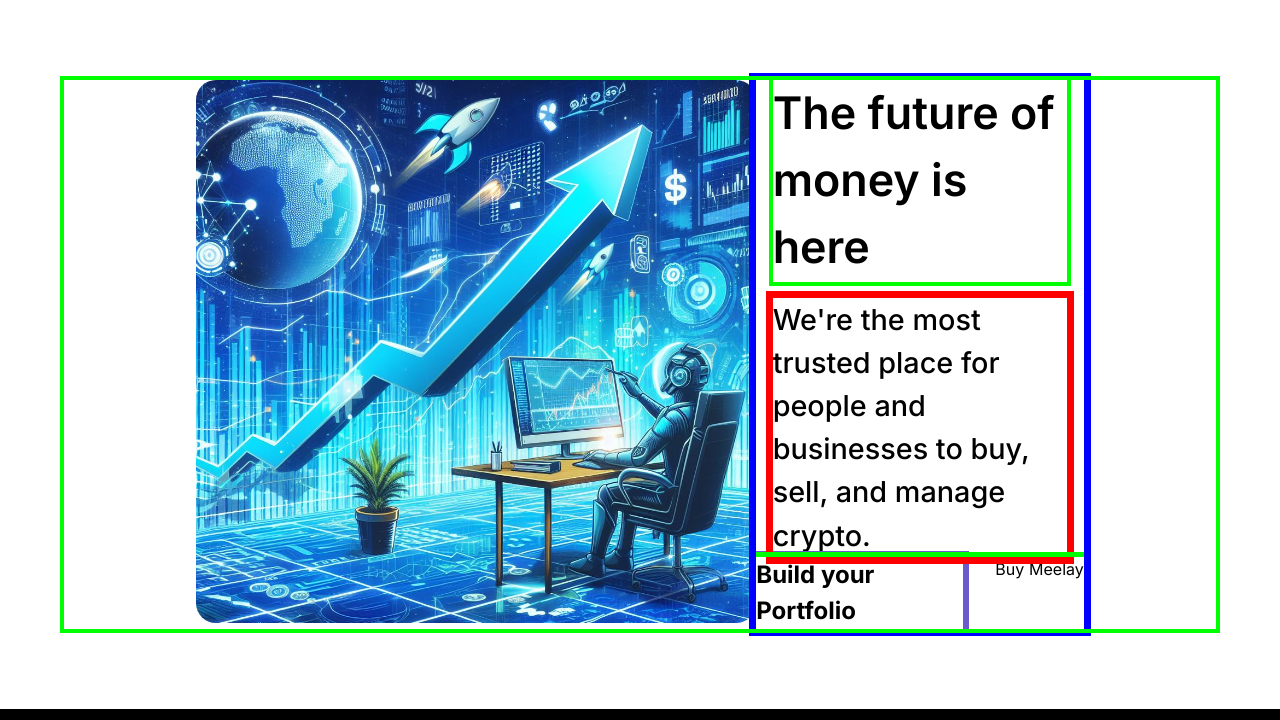
Repository: TheHolyRoller/crypto3
Page: /
These files come from the project's save history. The page is drawn as it stood at one moment and after a run of saves; the edit follows.
The browser window is 1280 px wide. The pictures show the whole page.
The project was rebuilt for these pictures with package versions that can differ from the ones it lists, and the page was loaded fresh each time. The framework's server and built-in components were replaced by stand-ins that run in the browser. Also part of the build but not shown: next.config.mjs, app/Components/HamburgerMenu.jsx, app/Components/Navbar.jsx, app/Components/HeroCTAComponent.jsx, app/Styles/HeroCTAInfoContainer.css, app/Components/HeroCTAInfoContainer.jsx, app/Styles/LargeCards.css, app/Components/LargeCard.jsx and 12 more.

Above is the page before, as saved 2024-04-24 06:16:18.

### app/layout.js


'use client'
import { Inter } from "next/font/google";
import "./globals.css";
import Head from 'next/head';

const inter = Inter({ subsets: ["latin"] });


export default function RootLayout({ children }) {
  return (
    <>
<Head>
        <meta name="viewport" content="width=device-width, initial-scale=1" />
        <title>My Next.js Page</title>
      </Head>
    <html style={{backgroundColor: 'black', overflowX: 'hidden'}}  lang="en">
      <body  style={{background: 'black'}} className={inter.className}>{children}</body>
    </html>
    </>
  );
}

### app/page.js


import Image from "next/image";

import  Navbar  from '../app/Components/Navbar';
import Hamburger from  "../app/Components/HamburgerMenu";
import HeroCTA from '../app/Components/HeroCTAComponent';
import HeroCTAInfoContainer from "../app/Components/HeroCTAInfoContainer";
import LargeCard from '../app/Components/LargeCard';
import SquareCard from '../app/Components/SquareCard';
import Footer from '../app/Components/Footer';
import QuackCTA from '../app/Components/QuackCTA';
import TextComponent from '../app/Components/TextComponent';
import Hero from '../app/Components/HeroComponent';
import ContactHeadline from '../app/Components/ContactHeadline';

import BuyElementModal from '../app/Components/BuyElementModal';

import Chart from '../app/Components/ChartEmbedd';
import CoinbaseHeroComponent from '../app/Components/CoinbaseHeroComponent';


export default function Home() {



  return (

<>
        <meta name="viewport" content="width=device-width, initial-scale=1" />
        <title>MeelayonBase</title>

    <main id='mainIndexPageContainer' style={{overflowX:'hidden'}} >

 <nav id="indexNavContainer" >


   <CoinbaseHeroComponent/>


    {/* <Navbar/>  */}

    <div id='hamburgerContainer' style={{position: 'fixed', zIndex: '2000', top: '0'}}>

    {/* <Hamburger/> */}
    </div>

</nav>




<header id='homeHeroContainer' >
      {/* <Hero/> */}
</header>

   <article id='indexMainHeaderText'>

   {/* <TextComponent/> */}

   </article>


      <section  id='homeLargeCardContainer'>
    {/* <LargeCard/>  */}

    </section>


    <section id='indexSquareCardContainer' >
    {/* <SquareCard/>  */}

    </section>


     <article id='indexQuackCTA'>
    {/* <QuackCTA/> */}
      </article>

      <section id='indexPaymentPortal' >

     {/* <Chart/> */}
      </section>

    <article id='indexTextComponentContainer'>

    {/* <ContactHeadline/>  */}
    </article>



     <footer id='indexFooterContainer' >
    {/* <Footer/> */}
    </footer>


    </main>

</>
  );
}

### app/globals.css
@tailwind base;
@tailwind components;
@tailwind utilities;

:root {

  --foreground-rgb: 0, 0, 0;
  --background-start-rgb: 0, 0, 0;
  --background-end-rgb: 0, 0, 0;




}

*{

  box-sizing: border-box;
  -webkit-box-sizing: border-box;
  -msbox-sizing: border-box;

}

@media (prefers-color-scheme: dark) {
  :root {
    --foreground-rgb: 255, 255, 255;
    --background-start-rgb: 0, 0, 0;
    --background-end-rgb: 0, 0, 0;
  }
}



body {


  /* color: #100f0f;  */

  color: rgb(var(--foreground-rgb));
  /* background-color: white;  */
    background: #e7e3e3 !important;
    overflow-x: hidden !important;
    width: 100vw;



}





@layer utilities {
  .text-balance {
    text-wrap: balance;
  }
}

#mainIndexPageContainer{


background: white;



}

#indexNavContainer{





}


#homeHeroContainer{





}



#homeLargeCardContainer{


  background: white;

  }


#indexSquareCardContainer{


  background: white;



}

#indexQuackCTA{

  /* background: white;  */



}


#indexTextComponentContainer{


  background: white;



}


#indexFooterContainer{

  background: white;



}






#homeHeroContainer{

  background-color: white !important;

}




#homeLargeCardContainer{


  /* outline: 40px solid red;  */
  background: white;
}

### app/Components/CoinbaseHeroComponent.jsx
import React from 'react'

// Import the style sheet here
import '../Styles/CoinbaseHeroComponent.css';


function CoinbaseHeroComponent() {
  return (
    <header id='coinbaseHeroContainer'>

    <section id='coinbaseHeroSubContainer'>

    <div id='coinbaseHeroImageSection'>

    <div id='coinbaseHeroImageContainer'>

    <div id='coinbaseHeroImage' ></div>



    </div>



    </div>

    <div id='coinbaseHeroTextSection'>

    <div id='coinbaseHeroTextSectionContainer'>

    <h1 id='coinbaseHeroTextHeader'>

    The future of money is here

    </h1>

    <div id='coinbaseHeroTextInfoContainer' >

    <p id='coinbaseHeroTextParagraph'>

    We're the most trusted place for people and businesses to buy, sell, and manage crypto.

    </p>


    </div>

    {/* Add in the call to action button here */}
    <ul id='coinbaseHeroCTAContainer'>

    <li id='coinbaseHeroListItem'>
    <div id='coinbaseCTAText'>

    Build your Portfolio

    </div>

    </li>


    <li id='coinbaseHeroListItem'>
    <div id='coinbaseCTAButton' >
    Buy

    <span id='coinbaseSpan' >
        Meelay
    </span>
    </div>

    </li>
    </ul>


    </div>


    </div>



    </section>


    </header>
  )
}

export default CoinbaseHeroComponent

### app/Styles/Navbar.css
@import url('https://fonts.googleapis.com/css2?family=Poppins:ital,wght@0,100;0,200;0,300;0,400;0,500;0,600;0,700;0,800;0,900;1,100;1,200;1,300;1,400;1,500;1,600;1,700;1,800;1,900&display=swap');


:root{

--icon-dimensions: 2.2rem;

 }


#navBarContainer{


    position: absolute;
    top: 0;
    right: 0;
    left: 0;
    height: 4.125rem;
    width: 99.99vw;

    background-color: white;
    color: black;

    overflow: hidden;
     position: fixed;
     z-index: 20;
     box-shadow: 0 4px 2px -2px rgba(0, 0, 0, 0.1);


}




#hamburgerIconContainer{
    overflow: hidden;


}



#logoContainer{



        width: max-content;
        place-self: center;

        position: absolute;

        left: 0.68%;
        top: 15%;


}


#navLogo{

    cursor: pointer;
    /* color: rgb(34, 33, 33);  */


}


#logoCasing{


text-transform: uppercase;


font-weight: 900;
font-size: clamp(1.1rem, 1vw + 1rem, 1.65rem) !important;



}




#navbarSubContainer{

    width: 95%;
    height: 5rem;
    margin: 0 auto;
    position: relative;


}




#navbarButtonGroup{

    height: 5rem;
    position: absolute;
    right: 0;
    top: 0;
    display: flex;
    place-items: center;
    margin-right: 2%;


}


#navbarButtonList{


display: flex;
align-items: center;
/* outline: 4px solid lime; */
margin: auto;
margin-bottom: 1.3rem;



}





#navbarListItem{


    display: inline-block;

    margin-left: 2.25rem;
    font-family: "Poppins", sans-serif;
    font-weight: 500;
    font-style: normal;
    cursor: pointer !important;
    margin-top: 0.375rem;


}


svg{

cursor: pointer !important;

}



#navbarDexScreenerLink::before {
    content: '';
    display: block;
    position: absolute;
    top: 0;
    right: 0;
    bottom: 0;
    left: 0;
    cursor: pointer;


  }



#navbarTwitterIcon{

    cursor: pointer;
}


#navbarDexToolsContainer{

    width: 2.5rem;
    height: 3rem;

}

#navbarDexScreenContainer{

    width: var(--icon-dimensions);
    height: var(--icon-dimensions);
    position: relative;
    cursor: pointer;

    margin-top: 0.22rem;

}

#navbarDexToolsImage{


    display: grid;
    place-content: center;

    color: white;
    background-color: none;

    width: 3rem;
    min-height: 2.5rem;

    cursor: pointer;
    padding-top: 0.2rem;

}


#navbarFarcasterContainer{

    width: var(--icon-dimensions);
    height: var(--icon-dimensions);



}



/* Add in the media queries here */


@media(min-width: 1008px){


    #hamburgerIconContainer{

        display: none;



    }


}


@media(max-width: 1008px){


    /* Select the Navbar List here  */
    #navbarButtonGroup{

        display: none !important;


    }


    #logoContainer{


        left: 50%;
        top: 50%;
        transform: translate(-50%, -50%) !important ;

        /* outline: 4px solid lime; */

        -webkit-transform: translate(-50%, -50%) !important ;
        -moz-transform: translate(-50%, -50%) !important ;
        -ms-transform: translate(-50%, -50%) !important ;
        -o-transform: translate(-50%, -50%) !important ;
}



}

### app/Styles/HamburgerMenu.css


                *, *::backdrop, ::after, ::before {
                    box-sizing: border-box;
                }





                :root {
                    --bar-width: 44px;
                    --bar-height:3px;
                    --hamburger-gap:4px;

                    /* Change foreground color  */
                    --foreground:   #333;
                    --background: white;
                    --hamburger-margin: 0.5rem;
                    --hamburger-left-margin: 3%;
                    --animation-timing: 200ms cubic-bezier(0.4, 0, 0.2, 1);
                    --hamburger-height: calc(var(--bar-height) * 3 + var(--hamburger-gap) * 2);
                }

                .hamburgerMenu {

                    --x-width: calc(var(--hamburger-height) * 1.41421356237);
                    display: flex;
                    flex-direction: column;
                    gap: var(--hamburger-gap);
                    position: absolute;
                    top: var(--hamburger-margin);
                    left: var(--hamburger-left-margin);
                    cursor: pointer;
                    width: max-content;
                    z-index: 5000000000000000;



                }

                    .hamburgerMenu:has(input:focus-visible)::before,
                    .hamburgerMenu:has(input:focus-visible)::after,
                    .hamburgerMenu:has(input:focus-visible) {
                        border: 1px solid var(--background);
                        box-shadow: 0 0 0 1px var(--foreground);

                    }



                    .hamburgerMenu::before,
                    .hamburgerMenu input,
                    .hamburgerMenu::after {
                        content: "";
                        width: var(--bar-width);
                        height: var(--bar-height);



                        background-color: var(--foreground);
                        border-radius: 9000px;
                        transform-origin: left center;
                        transition: opacity var(--animation-timing), width var(--animation-timing), rotate var(--animation-timing), translate var(--animation-timing), background-color var(--animation-timing);
                    }


                    .hamburgerMenu input {
                        appearance: none;
                        padding: 0;
                        margin: 0;
                        outline: none;
                        pointer-events: none;
                    }


                    .hamburgerMenu:has(input:checked)::before {
                        rotate: 45deg;
                        width: var(--x-width);
                        translate: 0 calc(var(--bar-height) / -2);
                    }

                    .hamburgerMenu:has(input:checked)::after {
                        rotate: -45deg;
                        width: var(--x-width);
                        translate: 0 calc(var(--bar-height) / 2);
                    }


                    .hamburgerMenu input:checked {
                        width: 0;
                        opacity: 0;
                    }





                .sidebar {
                    padding: 0.5rem 1rem;
                    transition: all var(--animation-timing);
                    margin-top: -0.2rem;


                    translate: -500% !important;

                    padding-top: calc(var(--hamburger-height) + var(--hamburger-margin) + 1rem);
                    background-color: var(--foreground);


                    /* Change this background color */
                    color: var(--background);


                    width: 110vw;
                    min-width: 29rem !important;
                    min-height: 125vh;


                    display: inline-block !important;
                    position: relative;
                    z-index: 400000000 !important;
                    opacity: 1 !important;



                }


                #hamburgerMenuContainer{



                position: relative;
                z-index: 9000;
                /* outline: 40px solid lime;  */
                width: 20vw;


                height: 5rem;



                }


                .hamburgerMenu{
                    padding: 3px !important;

                    margin-top: 1.5rem;

                    margin-left: clamp(0.5rem, 5%, 1.5rem) !important;

                }










                #hamburgerMenu{


                    margin: 0rem auto;
                    position: relative;


                }


                #hamburgerListContainer{
                position: absolute;

                right: 0;
                left: 0;





                }


                #hamburgerList{


                margin: 1rem auto;

                margin-top: 2rem !important;



                display: grid;
                place-content: center;


                width: 70vw;
                place-self: center;






                }


                #hamburgerListItem{


                margin: 0.6rem auto;
                text-align: center;
                width: 70vw;
                min-height: 5.875 !important;
                display: grid;
                place-content: center;

                padding-top: 0.75rem;
                padding-bottom: 0.45rem;


                font-size: clamp(1.3rem, 1vw + 1rem, 1.8rem) !important;
                font-weight: 600;
                cursor: pointer;


                backdrop-filter: blur(2px) saturate(77%);
                -webkit-backdrop-filter: blur(2px) saturate(77%);
                background-color: rgba(17, 25, 40, 0.06);
                border-radius: 12px;
                border: 1px solid rgba(255, 255, 255, 0.125);


                }


                #hamburgerDexToolsImage{


                    background-image: url("../assets/DexToolCrypto.webp");



                    background-position:center center;
                    background-repeat:no-repeat;
                    background-size: contain;

                    color: white;
                    background-color: none;
                    width: 4rem;
                    min-height: 3rem;

                    margin: 0 auto;





                }

/* Add in the Icon ids here  */
#hamburgerTelegramIcon{




}

#telegramContainer{






}



#hamburgerTwitterIcon{




}



#hamburgerDexScreenContainer{



    height: 3rem;






}



#hamburgerDexScreenerLink{





}

#hamburgerDexToolsImageContainer{





}



#hamburgerDexToolsImage{




}



#hamburgerFarcasterIcon{

    text-transform: uppercase;

font-weight: 800;
font-size:clamp(1.1rem, 1vw + 1rem, 1.2rem) !important;
width: 3rem;
height: 3rem;
overflow: hidden;

background: #8963d2;
position: relative;
z-index: 10;
border-radius: 2px;
margin: 0 auto;




}



#hamburgerFarcasterLink{


    height: 3rem !important;



}






                .hamburgerMenu:has(input:checked) + .sidebar {
                    translate: -10% !important;
                    display: inline-block !important;
                    transform: translate(10vw, 0) !important;


                }

                .hamburgerMenu:has(input:checked) {


                    /*


                    */
                    --foreground: white;
                    --background: #333;
                }

                    @media(min-width: 995px){

                        .hamburgerMenu{

                            opacity: 0 !important;
                            display: none;


                    }
                }

                @media(max-width: 990px){

                    #hamburgerMenu{

                        display: flex!important ;

                        opacity: 1 !important;
                        pointer-events: auto !important;




                    }

                }

### app/Styles/HeroCTAComponent.css
@import url('https://fonts.googleapis.com/css2?family=Poppins:ital,wght@0,100;0,200;0,300;0,400;0,500;0,600;0,700;0,800;0,900;1,100;1,200;1,300;1,400;1,500;1,600;1,700;1,800;1,900&display=swap');



body{

 /* background-color: rgba(0, 0, 0, 0) !important;  */


}


#heroCTAContainer{



    margin: 3rem auto;
    width: 29.5rem;
    font-family: "Poppins", sans-serif;
    font-weight: 100;
    font-style: normal;


    background-color: none !important;



}



#heroCTASubContainer{





}

#CTAHeroHeadlineContainer{



    margin: 0 auto;



}





#CTAHeroHeadline{



font-size: clamp(1.2rem, 1vw + 1rem, 1.9rem) !important;
font-weight: 790;
margin: 2.375rem auto;
width: max-content;



}


#CTAHeroParagraphContainer{




text-align: center;
width: 100%;
margin: 0 auto;

font-size: clamp(1.1rem, 1vw + 1rem, 1.24rem) !important;

font-weight: 550;



}



#heroCTAParagraph{


}



#heroCTAButtonContainer{




display: grid;
place-content: center;
cursor: pointer;



}


#heroCTAButton{

font-size: clamp(1rem, 1vw + 1rem, 1.1rem)!important;
width: 13.313rem;
font-weight: 600;
font-family: "Poppins", sans-serif;


background: #2769f8;



border-radius: 50px;
overflow: hidden;
position: relative;



display: grid;
place-content: center;

height: 3.55rem;
margin: 1.625rem auto;

transition: all 600ms cubic-bezier(0.5, 0, 0.5, 1);


}

#heroCTAButton::before{

    content: '';
    width: 100%;
    height: 100%;
    border: 1px solid transparent;
    top: -100%;
    left: 0;
    transition: all 600ms cubic-bezier(0.5, 0, 0.5, 1);


}

#heroCTAButton:hover::before{


}

#heroCTAButton:hover{

border: 1px solid gold;
color: gold;


}


#heroCTABuyDiv{

    margin: 0 auto;
    display:inline;
    margin-right: 0.25rem;

}


#heroCTAButtonSpan{

    text-transform: uppercase;
    margin: 0 auto;
    display: inline;




}


/* Coin Info Section */




@media(max-width: 550px){

    #heroCTAContainer{

        width: 95vw;
        margin: 2rem auto !important;




    }




}

### app/Styles/TextComponent.css



:root{


--font-size: clamp(1.5rem, 1vw + 3.33rem, 5rem) !important;

--mobile-font: clamp(1.1rem, 1vw + 2rem, 3rem) !important;



}



#textComponentMainContainer{



    width: 60vw;
    margin: 4rem auto;
    display: grid;
    place-content: center;
    text-align: center;
    color: #100f0f;


}



#textComponentSubContainer{



}







#textComponentTopText{

/* font-size: 4.25rem; */
font-weight: 600;

/* Now integrate that font size into a clamp  */
font-size: var(--font-size);




}

#textComponentBottomText{

    font-weight: 600;

font-size: var(--font-size);





}


/* Add in the media queries here */

@media(max-width: 1000px){

    #textComponentTopText{

        /* font-size: 4.25rem; */
        font-weight: 600;

        /* Now integrate that font size into a clamp  */
        font-size:var( --mobile-font);



        }

        #textComponentBottomText{

            font-weight: 600;

        font-size: var(--mobile-font);



        }

        #textComponentMainContainer{

            width: 80vw;

        }





}

### app/Styles/HeroComponent.css

body{

    background-color: rgba(0, 0, 0, 0);
    overflow-x: hidden;


}






#heroContainer{



width: 100vw;
margin: 0 auto;

position: relative;


background-color: none !important;
z-index: 0;

}



#heroImageContainer{

    position: relative;


}



#heroImage{



background-image: url('../assets/CryptoMarketValue.jpg') !important;

background-size: cover;
background-position: center top;

min-height: 100vh;
width: 100vw;
position: relative;
z-index: 1;


}



#heroCTASectionContainer{



}



#HeroCTACasing{


    position: absolute;
    top: 50%;
    left: 50%;
    transform: translate(-50%, -50%) !important;
    /* This might be causing trouble */
    z-index: 200;

    /* z-index: 500;  */


    color: white;
    background-color: none !important;

}


@media(max-width: 500px){

    /* Add in the hero image here  */
    /* Reduce the height */
    #heroImage{


        min-height: 90vh;
        max-height: 95vh;

        }

        /* Select the text here */

        #CTAHeroHeadline{


            font-size: clamp(1.3rem, 1vw + 1.5rem, 1.8rem) !important;
            font-weight: 750;

        }

        #heroCTAParagraph{

            font-size: clamp(1rem, 1vw + 1rem, 1.53rem);


        }




}


@media(max-width: 400px){
    #heroImage{


      min-height: 65vh;
      max-height: 65vh;


        }



}

### app/Styles/ContactHeadline.css



:root{


    --font-size: clamp(1.5rem, 1vw + 3.33rem, 5rem) !important;

    --mobile-font: clamp(1.1rem, 1vw + 2rem, 3rem) !important;



    }



    #contactHeadlineMainContainer{



        width: 60vw;
        margin: 4rem auto;
        display: grid;
        place-content: center;
        text-align: center;

        color: rgb(27, 26, 26);


    }



    #contactHeadlineSubContainer{



    }







    #contactHeadlineTopText{

    /* font-size: 4.25rem; */
    font-weight: 600;

    /* Now integrate that font size into a clamp  */
    font-size: var(--font-size);




    }

    #contactHeadlineBottomText{

        font-weight: 600;

    font-size: var(--font-size);





    }


    /* Add in the media queries here */

    @media(max-width: 1000px){

        #contactHeadlineTopText{

            /* font-size: 4.25rem; */
            font-weight: 600;

            /* Now integrate that font size into a clamp  */
            font-size:var( --mobile-font);



            }

            #contactHeadlineBottomText{

                font-weight: 600;

            font-size: var(--mobile-font);



            }

            #contactHeadlineMainContainer{

                width: 80vw;

            }





    }

### app/Styles/CoinbaseHeroComponent.css



#coinbaseHeroContainer{

    outline: 4px solid lime;
    width: 90vw;
    margin: 5rem auto;
    color: black;



}


#coinbaseHeroSubContainer{

    width: 69.336vw;
    /* outline: 7px solid red; */
    margin: 0 auto;
    display: grid;
    place-content: center;
    grid-template-columns: 1fr 1fr;


}



#coinbaseHeroImageSection{




}


#coinbaseHeroImageContainer{



}



#coinbaseHeroImage{

background-image: url('../assets/SpaceTradingImage.jpeg');
background-size: cover;
background-position: center center;
background-repeat: no-repeat;
min-height: 33.938rem;
width: 35rem;
max-width: 35rem;

border-radius: 20px;


}



#coinbaseHeroTextSection{



outline: 7px solid blue;
display: grid;
align-content: center;



}



#coinbaseHeroTextSectionContainer{



}


#coinbaseHeroTextHeader{

/* Clamp the text here */
font-size: clamp(1.1rem, 1vw + 2rem, 4.65rem);

outline: 4px solid lime;
/* width: max-content; */
width: 90%;
margin: 0 auto;
/* text-align: center; */
font-weight: 600;;


}


#coinbaseHeroTextInfoContainer{



}

#coinbaseHeroTextParagraph{


outline: 7px solid red;
width: 90%;
margin: 0 auto;

margin-top: 1rem;
font-size: clamp(1rem, 1vw + 1rem, 1.8rem);
font-weight: 450;



}


#coinbaseHeroCTAContainer{

    outline: 5px solid lime;

    display: flex;


}


#coinbaseHeroListItem{




}

#coinbaseCTAText{

display: inline-block;

outline: 6px solid slateblue;

font-size: clamp(1rem, 1vw + 1rem, 1.5rem);
font-weight: 700;;
margin: 0 auto;

}



#coinbaseCTAButton{

    margin-left: 2rem;




}


#coinbaseSpan{

    margin-left: 0.3rem;


}

Loaded but not shown: tailwind.config.js (common file)

After the next 2 saves:
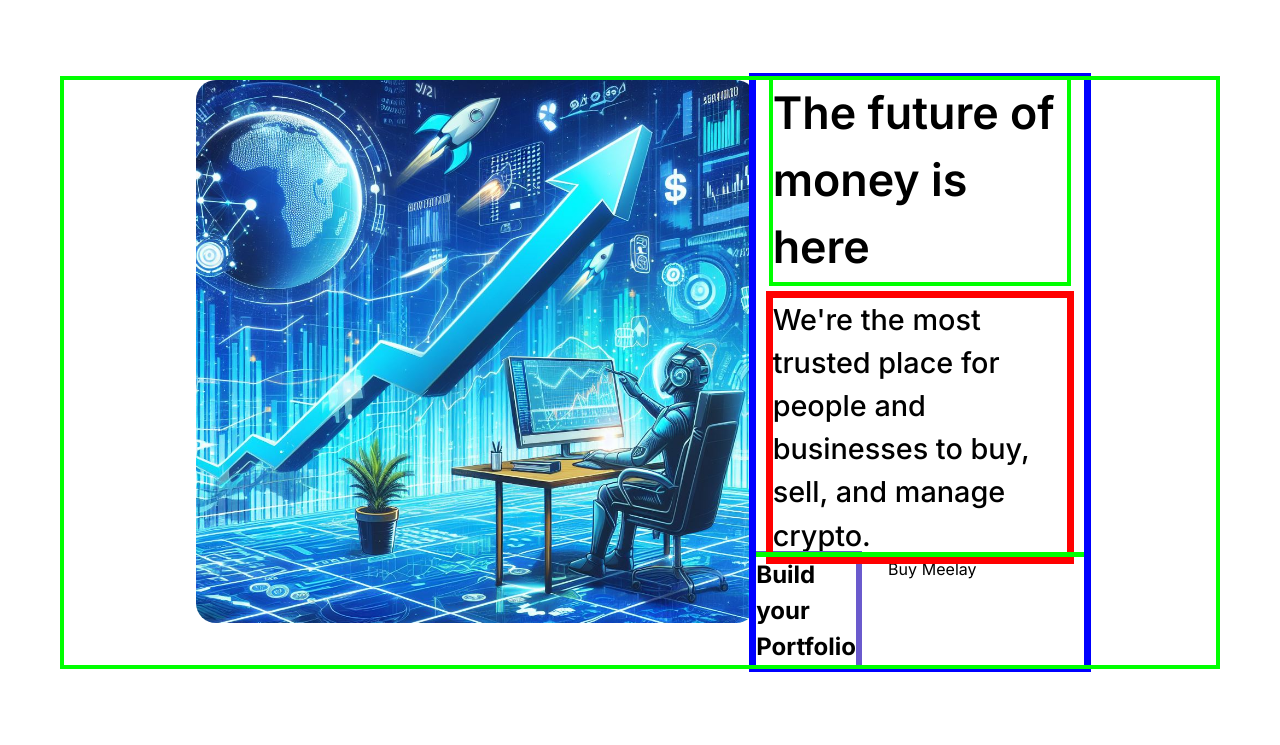
The 2 saves are shown as one change because they came seconds apart.
The last was saved 14 s later.
--- a/app/Styles/CoinbaseHeroComponent.css
+++ b/app/Styles/CoinbaseHeroComponent.css
@@ -145,6 +145,7 @@
 font-size: clamp(1rem, 1vw + 1rem, 1.5rem);
 font-weight: 700;;
 margin: 0 auto;
+width: min-content;
 
 }
 
